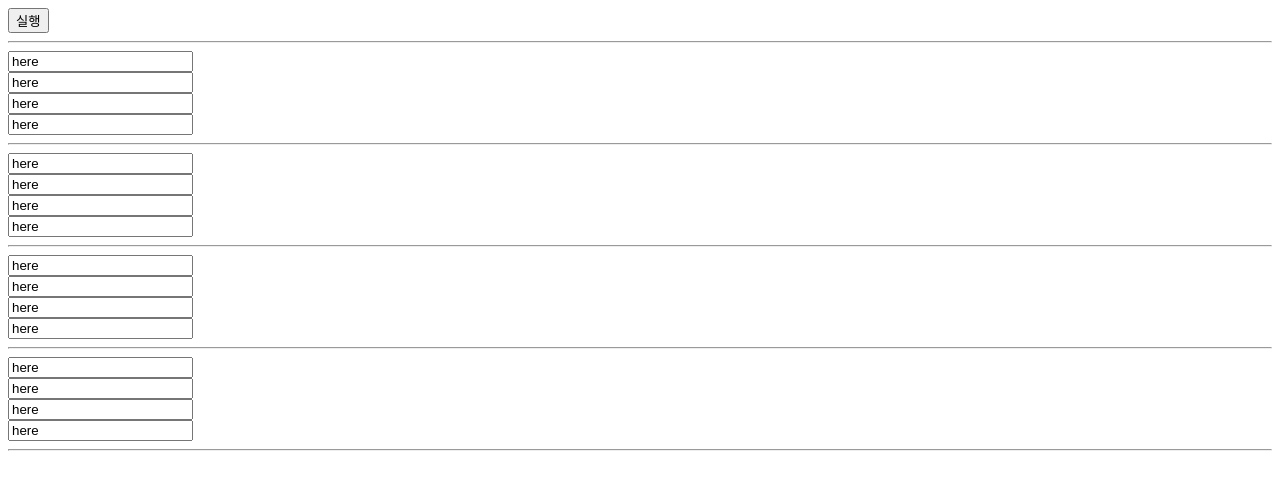
Repository: jinseon5462/Study_Jsp2
Page: http://localhost/ajax_crud/listView.jsp
These files come from the project's save history. The page is drawn as it stood at one moment and after the next save; the edit follows.
The browser window is 1280 px wide. The pictures show the whole page.
The page is served by Tomcat 9. Other server files are loaded and not shown.

Above is the page before, as saved 2023-01-03 12:36:39.

### jsp_ws/ajax_crud/src/main/webapp/listView.jsp
<%@ page language="java" contentType="text/html; charset=UTF-8"
    pageEncoding="UTF-8"%>
<!DOCTYPE html>
<html>
<head>
<meta charset="UTF-8">
<title></title>
</head>
<body>
<button id="btn">실행</button>
<hr>

<input type="text" id="id" value="here"><br>
<input type="text" id="pw" value="here"><br>
<input type="text" id="name" value="here"><br>
<input type="text" id="tel" value="here"><br>
<hr>
<input type="text" id="id" value="here"><br>
<input type="text" id="pw" value="here"><br>
<input type="text" id="name" value="here"><br>
<input type="text" id="tel" value="here"><br>
<hr>
<input type="text" id="id" value="here"><br>
<input type="text" id="pw" value="here"><br>
<input type="text" id="name" value="here"><br>
<input type="text" id="tel" value="here"><br>
<hr>
<input type="text" id="id" value="here"><br>
<input type="text" id="pw" value="here"><br>
<input type="text" id="name" value="here"><br>
<input type="text" id="tel" value="here"><br>
<hr>
<script>
	const btn = document.querySelector("#btn");
	btn.addEventListener('click', loadDoc);

	function loadDoc() {
		const xhttp = new XMLHttpRequest();
		xhttp.onload = function() {
			let jsonStr = this.responseText;
			alert(jsonStr);
			let obj = JSON.parse(jsonStr);
			const tbody = document.querySelector("#tbody");

			/* for(var i = 0; i < obj.length; i++){
				tbody.innerHTML += "<tr><td>" + obj[i].id + "</td><td>" + obj.pw + "</td><td>" + obj.name + "</td><td>" + obj.tel + "</td></tr>";
			} */

			for(var i = 0; obj.length; i++){
				document.getElementById("id").value = obj[i].id;
				document.getElementById("pw").value = obj[i].pw;
				document.getElementById("name").value = obj[i].name;
				document.getElementById("tel").value = obj[i].tel;
			}
		}
		xhttp.open("GET", "text.txt");
		xhttp.send();
	}
</script>
</body>
</html>

After the next save:
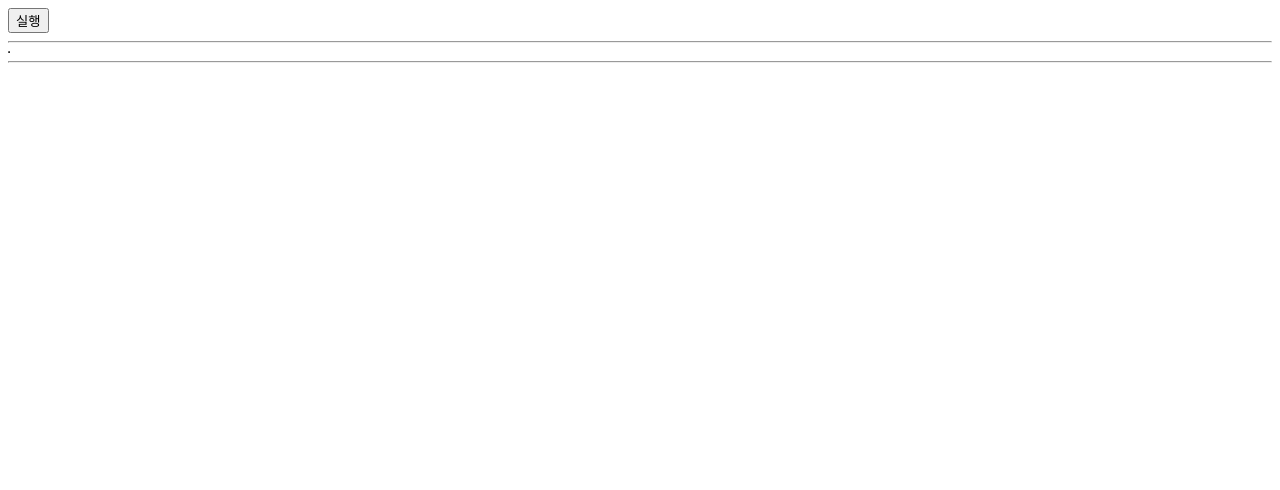
Saved 64 s later.
--- a/jsp_ws/ajax_crud/src/main/webapp/listView.jsp
+++ b/jsp_ws/ajax_crud/src/main/webapp/listView.jsp
@@ -10,25 +10,10 @@
 <button id="btn">실행</button>
 <hr>
 
-<input type="text" id="id" value="here"><br>
-<input type="text" id="pw" value="here"><br>
-<input type="text" id="name" value="here"><br>
-<input type="text" id="tel" value="here"><br>
-<hr>
-<input type="text" id="id" value="here"><br>
-<input type="text" id="pw" value="here"><br>
-<input type="text" id="name" value="here"><br>
-<input type="text" id="tel" value="here"><br>
-<hr>
-<input type="text" id="id" value="here"><br>
-<input type="text" id="pw" value="here"><br>
-<input type="text" id="name" value="here"><br>
-<input type="text" id="tel" value="here"><br>
-<hr>
-<input type="text" id="id" value="here"><br>
-<input type="text" id="pw" value="here"><br>
-<input type="text" id="name" value="here"><br>
-<input type="text" id="tel" value="here"><br>
+<table border="1">
+	<tr>
+	</tr>
+</table>
 <hr>
 <script>
 	const btn = document.querySelector("#btn");
